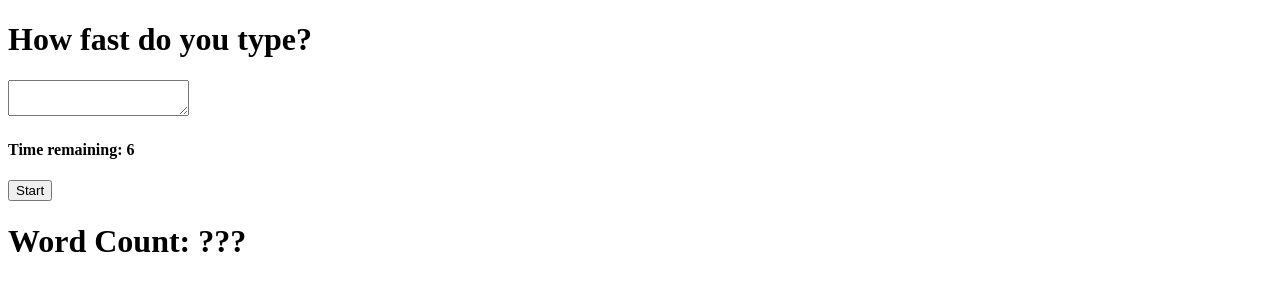
Repository: Lakshyyaa/Speed-Test
Page: /
These files come from the project's save history. The page is drawn as it stood at one moment and after a run of saves; the edit follows.
The browser window is 1280 px wide. The pictures show the whole page.
The project was rebuilt for these pictures with package versions that can differ from the ones it lists, and the page was loaded fresh each time.

Above is the page before, as saved 2023-01-31 18:12:47.

### src/App.js
import React, { useState, useEffect } from "react";

function App(props) {
  const [text, setText] = useState('');
  const [time, setTime] = useState(6);
  const [start, setStart] = useState(false);
  const [count, setCount] = useState(0);
  function handleChange(e) {
    const { value } = e.target;
    setText(value)
    // console.log(text);
  }
  function wordCount(str) {
    const arr = str.trim().split(' ')
    const filtered = arr.filter(word => (word != ''))
    // console.log(filtered)
    return (filtered.length)
  }
  useEffect(() => {
    if (time > 0 && start) {
      setTimeout(() => {
        setTime(time => time - 1)
      }, 1000)
    }
    else if (time === 0) {
      setStart(false)
      setCount(wordCount(text))
      console.log(count)
    }
  }, [time, start])

  return (
    <div>
      <h1>How fast do you type?</h1>
      <textarea
        onChange={handleChange}
        value={text}
      />
      <h4>Time remaining: {time}</h4>
      <button onClick={() => setStart(true)}>Start</button>
      {/* cant directly call the wordCount here like handleChange because event listener automatically passes the e */}
      <h1>Word Count: ???</h1>
    </div>
  )
}

export default App;

Loaded but not shown: src/index.js (common file); src/reportWebVitals.js (common file)

After the next 2 saves:
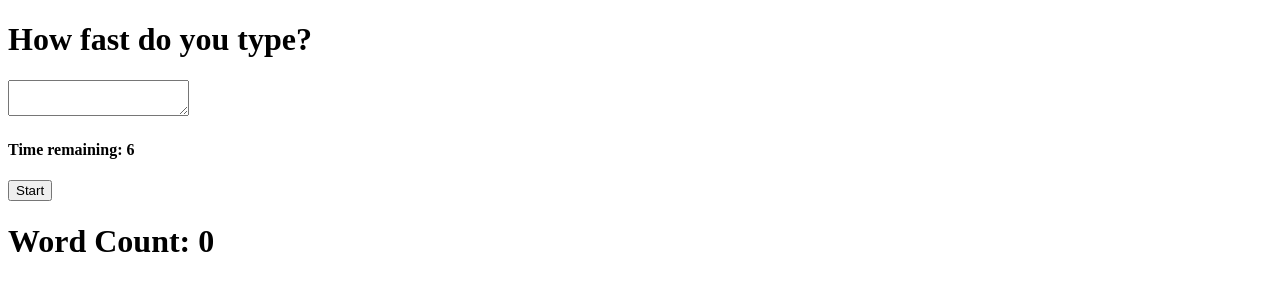
The 2 saves are shown as one change because they came seconds apart.
The last was saved 80 s later.
--- a/src/App.js
+++ b/src/App.js
@@ -39,7 +39,7 @@ function App(props) {
       <h4>Time remaining: {time}</h4>
       <button onClick={() => setStart(true)}>Start</button>
       {/* cant directly call the wordCount here like handleChange because event listener automatically passes the e */}
-      <h1>Word Count: ???</h1>
+      <h1>Word Count: {count}</h1>
     </div>
   )
 }
